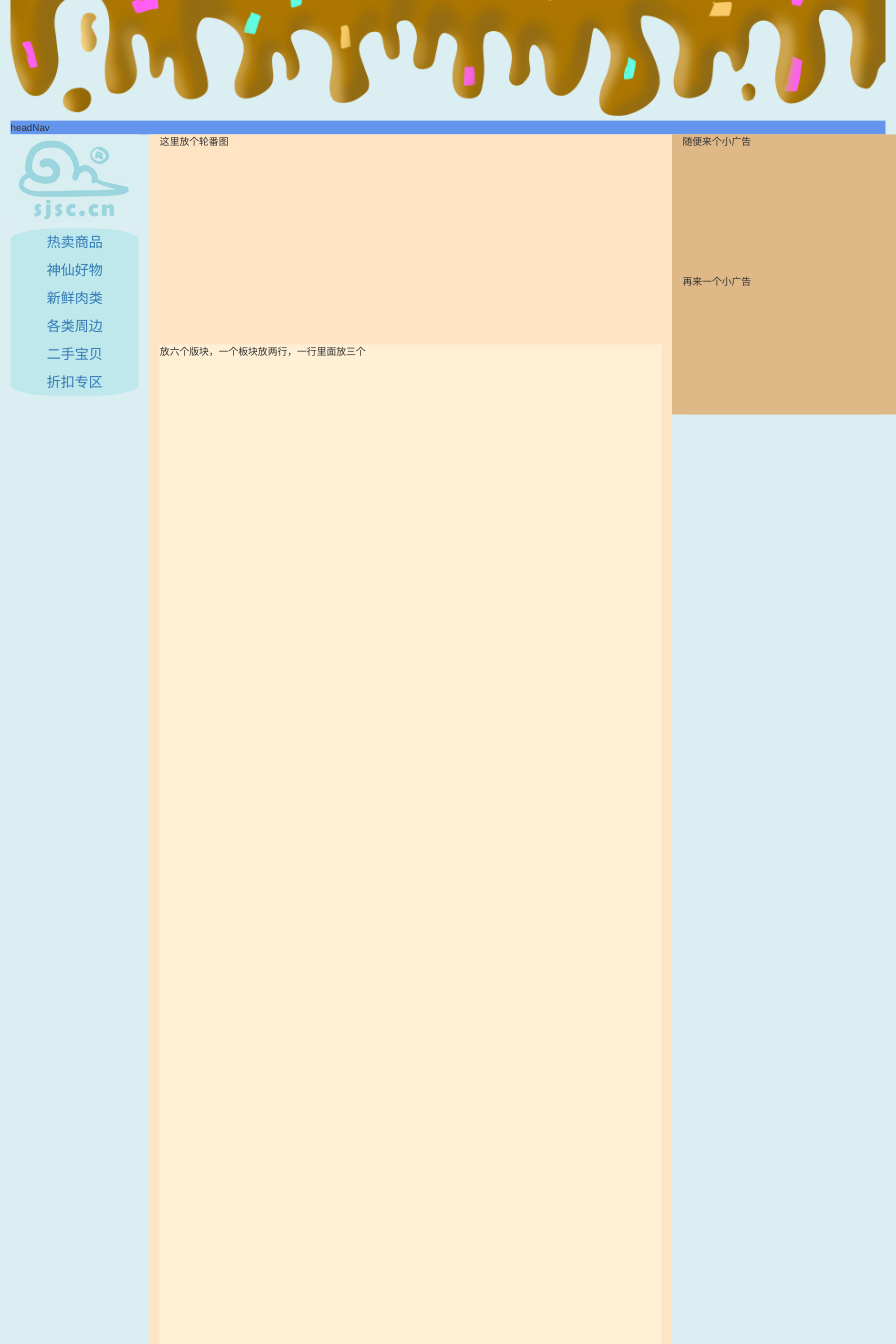
Repository: 15378517762/zxy
Page: html/index.html
An editor plug-in stored every save of this project. The page is shown before and after the next save, followed by the edit.
The browser window is 1280 px wide. The pictures show the part of the page from y = 0 to 1920 px (the page is 3392 px tall), at 70% of full size.

Above is the page before, as saved 2021-05-28 21:30:44.

After the next save:
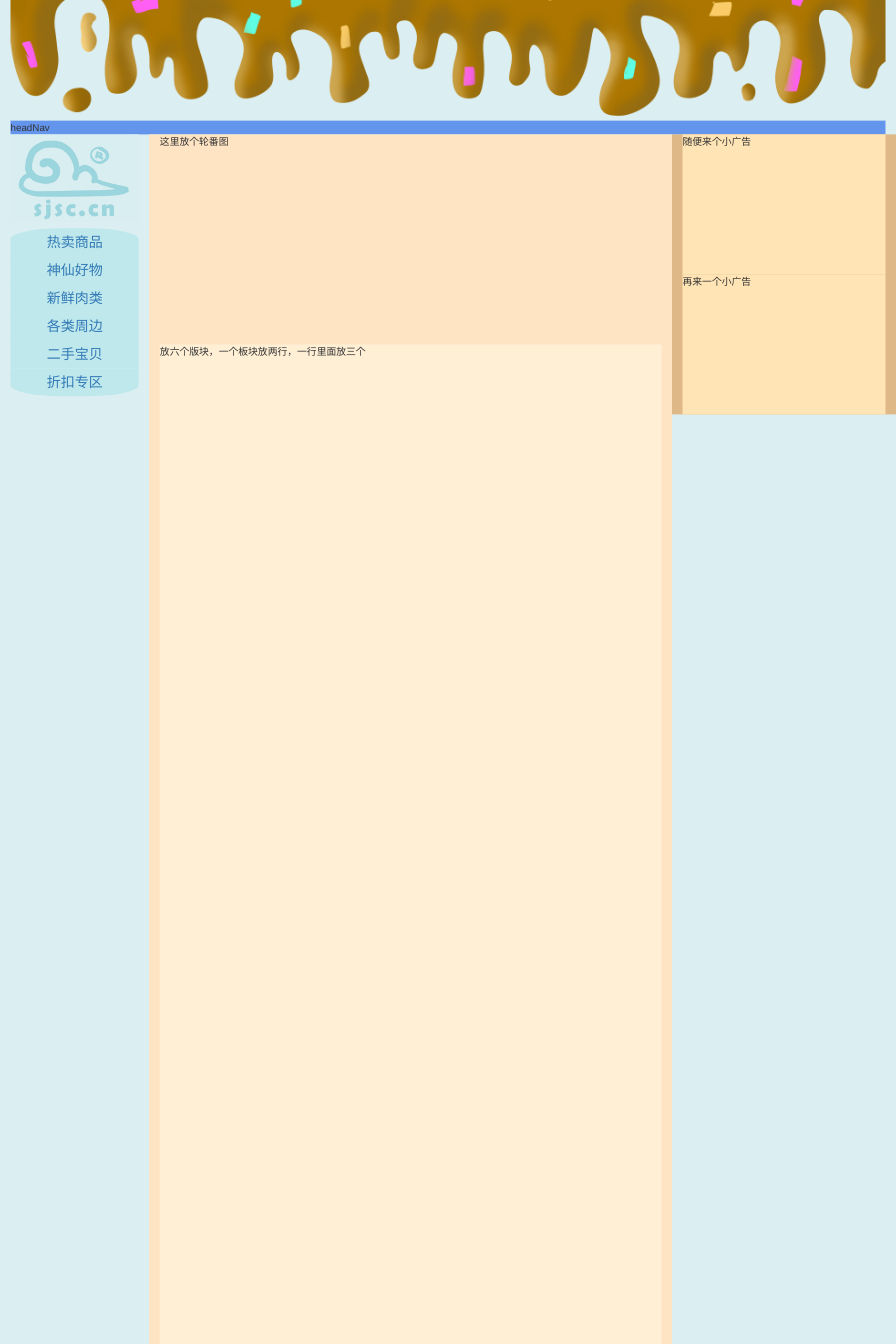
Saved 52 s later.
--- a/css/index.css
+++ b/css/index.css
@@ -96,6 +96,11 @@
     background-color: burlywood;
 }
 
+.ad1,.ad2{
+    height: 200px;
+    background-color: moccasin;
+}
+
 .footer {
     height: 100px;
     background-color: peachpuff;
